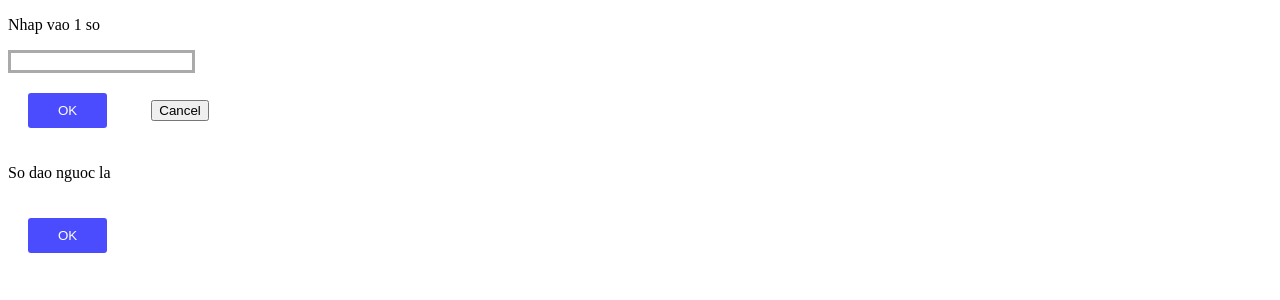
Repository: lhggiang/Sodaonguoc
Page: index.html
These files come from the project's save history. The page is drawn as it stood at one moment and after the next save; the edit follows.
The browser window is 1280 px wide. The pictures show the whole page.

Above is the page before, as saved 2023-05-19 06:59:44.

### index.html
<!DOCTYPE html>
<html lang="en">

<head>
    <meta charset="UTF-8">
    <meta http-equiv="X-UA-Compatible" content="IE=edge">
    <meta name="viewport" content="width=device-width, initial-scale=1.0">
    <link rel="stylesheet" href="./style.css">
    <title>Document</title>
</head>

<body>
    <div class="sodaonguoc">
        <p>Nhap vao 1 so</p>
        <input type="number" id="num">
        <div class="button">
            <button id="yes" class="ok btn">OK</button>
            <button class="btn">Cancel</button>
        </div>
        <p>So dao nguoc la <span id="result"></span></p>
        <button class="ok btn">OK</button>
    </div>

    <script src="./javascript.js"></script>
</body>

</html>

### style.css
#num {
  border: 3px solid #aaa;
}

.btn {
  margin: 20px;
}

.ok {
  background: rgba(0, 0, 255, 0.7);
  padding: 10px 30px;
  color: white;
  border-radius: 3px;
  border: none;
}

### javascript.js
//So dao nguoc
//C1:
document.getElementById("yes").onclick = function () {
  let num = parseInt(document.getElementById("num").value);
  let res = 0;
  while (num > 0) {
    res = res * 10 + (num % 10);
    num = parseInt(num / 10);
  }
  let result = document.getElementById("result");
  result.innerHTML = res;
};

After the next save:
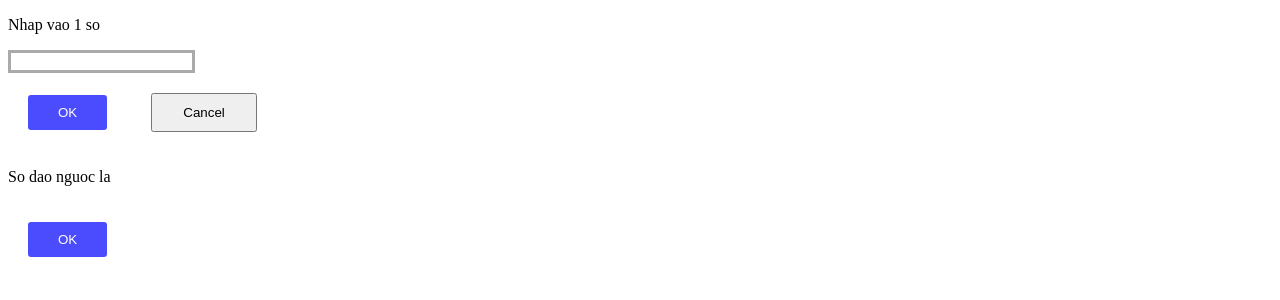
Saved 10 s later.
--- a/style.css
+++ b/style.css
@@ -4,11 +4,11 @@
 
 .btn {
   margin: 20px;
+  padding: 10px 30px;
 }
 
 .ok {
   background: rgba(0, 0, 255, 0.7);
-  padding: 10px 30px;
   color: white;
   border-radius: 3px;
   border: none;
